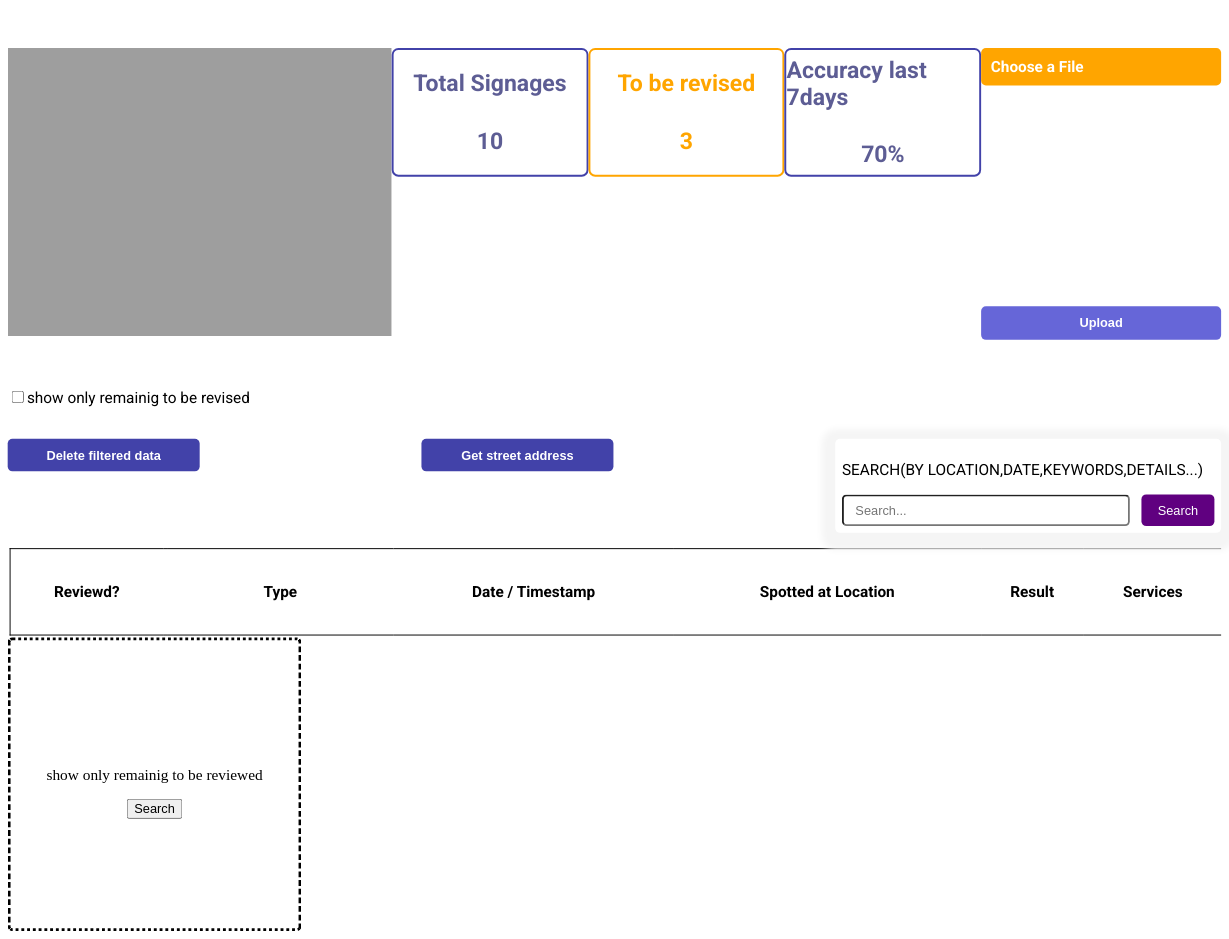
Repository: kalyani179/Kalyani.Builder
Page: /
An editor plug-in stored every save of this project. The page is shown before and after a run of saves, followed by the edit.
The browser window is 1280 px wide. The pictures show the whole page, at 96% of full size.
Pictures or frames that could not be fetched are drawn as grey boxes. The page's requests for data from a server got no answer. Some web fonts or font styles are not loaded; a fallback is used. The project was rebuilt for these pictures with package versions that can differ from the ones it lists, and the page was loaded fresh each time. No one was signed in, and anything a server would have sent is missing.

Above is the page before, as saved 2024-01-10 13:50:53.

### src/App.js

import {BrowserRouter,Routes,Route} from "react-router-dom";
import Home from "./components/Home";

function App() {
  return (
    <div>
      <BrowserRouter>
        <Routes>
          <Route path="/" element={<Home/>} />

        </Routes>
      </BrowserRouter>
    </div>
  );
}

export default App;

### src/components/Home.js
import React, { useState, useEffect } from "react";
import "./Home.css";
import {useNavigate} from "react-router-dom";
import { ColorRing } from "react-loader-spinner";
import toast, { Toaster } from "react-hot-toast";
import axios from "axios";
import { AiFillDelete } from "react-icons/ai";
// import { FaEdit } from "react-icons/fa";
const Home = () => {


  const navigate = useNavigate();
  const [results, setResults] = useState([]);

  const [editData, setEditData] = useState(false);
  const [selectedData, setSelectedData] = useState("");

  const [Result, setResult] = useState("");
  const [Services, setServices] = useState("");
  const [Type, setType] = useState("");
  const [imageUrl, setImageUrl] = useState("");


  const [image, setImage] = useState(null);
  // const [video, setVideo] = useState(null);
  const [loading, setLoading] = useState(false);

  const uploadFile = async (type) => {
    const data = new FormData();
    data.append("file", image);
    data.append("upload_preset", type === "image" ? "images" : "videos");
    try {
      let cloudName = "dscmtg4tx";
      let resourceType = type === "image" ? "image" : "video";
      let api = `https://api.cloudinary.com/v1_1/${cloudName}/${resourceType}/upload`;

      const res = await axios.post(api, data);
      // console.log(res);
      const { secure_url } = res.data;
      // console.log(secure_url);
      return secure_url;
    } catch (error) {
      console.error(error);
    }
  };

  const handleSubmit = async (e) => {
    e.preventDefault();
    try {
      setLoading(true);
      //upload image
      const imageUrl = await uploadFile("image");

      //upload video
      // const videoUrl = await uploadFile("video");

      //sending backend api request
      await axios.post("http://localhost:5000/api/videos", { imageUrl });

      //reset states
      setImage(null);
      // setVideo(null);

      console.log("File uploaded successfully");

      setLoading(false);
      toast.success("uploaded successfully");
      navigate("/");
    } catch (error) {
      console.log(error);
    }
  };


  useEffect(() => {
    // Fetching data from the server
    axios
      .get("http://localhost:5000/api/videos")
      .then((response) => {
        setResults(response.data);
      })
      .catch((error) => {
        console.error("Error fetching data: ", error);
      });
  }, [results]);

  const formatDate = (timestamp) => {
    const options = {
      month: "long",
      day: "numeric",
      year: "numeric",
      hour: "numeric",
      minute: "numeric",
      hour12: true,
    };

    return new Date(timestamp).toLocaleDateString(undefined, options);
  };

  const deleteData = async (id) => {
    const response = await fetch(`http://localhost:5000/api/videos/${id}`, {
      method: "DELETE",
    });
    if (response.status === 200) {
      toast.success("Deleted Successfully");
    } else {
      toast.error("Something went wrong");
    }
  };

  const updateData = async (id) => {
    const response = await fetch(`http://localhost:5000/api/videos/${id}`, {
      method: "PUT",
      headers: {
        "Content-Type": "application/json",
      },
      body: JSON.stringify({ imageUrl, Services, Type, Result }),
    });

    if (response.status === 200) {
      toast.success("Data updated Successfully");
    } else {
      toast.error("Something went wrong");
    }
  };

  return (
    <>
      {/* toaster */}
      <Toaster position="top-center" reverseOrder={false} />
      {/* toaster */}

      <div className="input-file">
        <div>
          <img src="https://i.ibb.co/tmwqkpj/logo.png" alt="website-logo"/>
        </div>
        <div className="card1">
          <h1>Total Signages</h1>
          <h1>10</h1>
        </div>

        <div className="card2">
          <h1>To be revised</h1>
          <h1>3</h1>
        </div>

        <div className="card3">
          <h1>Accuracy last 7days</h1>
          <h1>70%</h1>
        </div>


        <form className="form" onSubmit={handleSubmit}>

         <div>
          <input
            type="file"
            id="fileInput"
            accept="image/*"
            onChange={(e) => setImage((prev) => e.target.files[0])}
          />
          <label for="fileInput" class="custom-file-label">
            Choose a File
          </label>
          </div>


          <div>
          <button className="upload-button" type="submit">
            Upload
          </button>
          </div>
          {loading && (
            <ColorRing
              visible={true}
              height="30"
              width="30"
              ariaLabel="color-ring-loading"
              wrapperStyle={{}}
              wrapperClass="color-ring-wrapper"
              colors={["#e15b64", "#f47e60", "#f8b26a", "#abbd81", "#849b87"]}
            />
          )}




        </form>



      </div>


    <div className="bg2">
     <div>
      <input id="checkbox" type="checkbox"/>
      <label htmlFor="checkbox">show only remainig to be revised</label>
     </div>

     <div className="flexDelete">
      <div>
        <button className="delete">Delete filtered data</button>
      </div>
      <div>
        <button className="getStarted">Get street address</button>
      </div>


      <div className="cardBg-white">
        <p>SEARCH(BY LOCATION,DATE,KEYWORDS,DETAILS...)</p>
      <div>
        <input className="searchBar" type="search" placeholder="Search..." id="search"/>
        <label htmlfor="search">
          <button className="search" type="button">Search</button>
        </label>
      </div>
      </div>
     </div>
     </div>





      <div className="table-data-container">
        <table className="tablestyle">
          <thead>
            <tr>
              <th>Reviewd?</th>
              <th></th>
              <th className="th1">Type</th>
              <th>Date / Timestamp</th>
              <th>Spotted at Location</th>
              <th>Result</th>
              <th>Services</th>
            </tr>
          </thead>
          <tbody>
            {results.map((result) => (
              <tr key={result.id}>
                <td>
                  <AiFillDelete
                    className="delete text-secondary"
                    style={{ cursor: "pointer", marginLeft: "8px" }}
                    onClick={() => deleteData(result._id)}
                  ></AiFillDelete>

                  {/* <FaEdit
                    onClick={() => {
                      setEditData((prevEditData)=> !prevEditData);
                      setSelectedData(result._id);
                    }}
                    className={`${
                      selectedData === result._id && editData
                        ? "text-red-400"
                        : "text-gray-400"
                    }
                  text-gray-400 hover:text-red-400 cursor-pointer
                  scale-110 transition-all`}
                    style={{ cursor: "pointer" }}
                  ></FaEdit> */}
                </td>

                <td>
                  <img
                    className="table-data-image"
                    src={result.imageUrl} // Assuming your API response has an imageUrl property
                    alt=""
                    contentEditable={editData}
                    onInput={(e) => setImageUrl(e.currentTarget.innerText)}
                  />
                </td>
                <td
                  contentEditable={editData}
                  onInput={(e) => setType(e.currentTarget.innerText)}
                >
                  {result.Type}
                </td>
                <td>{formatDate(result.createdAt)}</td>
                <td></td>
                <td
                  contentEditable={editData}
                  onInput={(e) => setServices(e.currentTarget.innerText)}
                >
                  {result.Result}
                </td>
                <td
                  contentEditable={editData}
                  onInput={(e) => setResult(e.currentTarget.innerText)}
                >
                  {result.Services}
                </td>

                {/* <button
                  className={`${
                    selectedData === result._id && editData ? "block" : "hidden"
                  }
                     bg-purple-400 hover:bg-purple-600
                     px-3 py-1 my-1 rounded-md font-bold text-white`}
                   onClick={() => {
                    updateData(result._id);
                    setEditData(false);

                   }}
                >
                  Save
                </button> */}
              </tr>
            ))}
          </tbody>
        </table>


        <div className="bottom-box">
          <div>
            <inpt type="checkbox"/>
            <p>show only remainig to be reviewed</p>
          </div>


          <div>
          <button type="button">Search</button>
          </div>

        </div>



      </div>
    </>
  );
};

export default Home;

### src/components/Home.css
@import url("https://fonts.googleapis.com/css2?family=Bree+Serif&family=Caveat:wght@400;700&family=Lobster&family=Monoton&family=Open+Sans:ital,wght@0,400;0,700;1,400;1,700&family=Playfair+Display+SC:ital,wght@0,400;0,700;1,700&family=Playfair+Display:ital,wght@0,400;0,700;1,700&family=Roboto:ital,wght@0,400;0,700;1,400;1,700&family=Source+Sans+Pro:ital,wght@0,400;0,700;1,700&family=Work+Sans:ital,wght@0,400;0,700;1,700&display=swap");

.tablestyle {
  padding: 0px;
  text-align: center;
  border-color: black;
  margin: 2px;
  font-family: "Roboto";
}

table {
  border-collapse: collapse;
  width: 100%;
}

tr {
  border: 1px solid #000;
  padding: 5px;
}

td {
  padding: 15px;
  margin: 5px;
}

.button {
  background-color: orange;
  margin-bottom: 6px;
  border: 0px;
  border-radius: 10px;
  color: white;
}

.button-edit {
  background-color: #600080;
  border: 0px;
  border-radius: 15px;
  color: white;
}

.button-yes {
  background-color: green;
  border: 0px;
  border-radius: 15px;
  color: white;
  margin-bottom: 6px;
}

.th1 {
  padding: 35px;
}

.table-data-image {
  width: 150px;
}

.tablestyle td {
  overflow: auto;
}

.table-data-container {
  max-width: 100%;
  overflow: hidden;
}

.input-file {
  display: flex;
  justify-content: space-between;

  margin-bottom: 50px;
  margin-top: 50px;
  font-family: Roboto;
}

input[type="file"] {
  display: none;
}

/* Style the custom button to resemble a file input */
.custom-file-input {
  display: inline-block;
  padding: 10px 15px;
  font-size: 16px;
  font-weight: bold;
  color: #fff;
  background-color: #3498db;
  border: 1px solid #2980b9;
  border-radius: 5px;
  cursor: pointer;
}

/* Style the label to give it a button appearance */
.custom-file-label {
  display: inline-block;
  padding:10px;
  font-size: 16px;
  font-weight: bold;
  color: #fff;
  background-color:orange;
  width:230px;
  border-radius: 5px;
  cursor: pointer;
}

/* Change label color when the file is selected */
input[type="file"]:focus + .custom-file-label {
  border-color: #2c3e50;
}

.upload-button{

    border: none;
    background-color:rgb(102, 102, 216);
    color: white;
    font-weight: bold;
    padding: 10px;
    cursor: pointer;
    width:250px;
    border-radius:5px;
}

/* start your css from here */

.form{
  display:flex;
  flex-direction: column;
  justify-content: space-between;
}

.card1{
  border:2px solid rgb(66, 66, 169);
  display: flex;
  flex-direction: column;
  justify-content: center;
  align-items: center;
  width:240px;
  height:130px;
  border-radius:7px;
  font-size:12px;
  color:rgb(93, 93, 148);
}
.card2{
  border:2px solid orange;
  display: flex;
  flex-direction: column;
  justify-content: center;
  align-items: center;
  width:240px;
  height:130px;
  border-radius:7px;
  font-size:12px;
  color:orange;
}
.card3{
  border:2px solid rgb(66, 66, 169);
  display: flex;
  flex-direction: column;
  justify-content: center;
  align-items: center;
  width:240px;
  height:130px;
  border-radius:7px;
  font-size:12px;
  color:rgb(93, 93, 148);
}

.file-input{
  width:300px;
}

.flexDelete{
  display: flex;
  justify-content: space-between;
  margin-top: 33px;

}

.delete{
  background-color:rgb(66, 66, 169);
  color:white;
  font-weight: 600;
  width:200px;
  height:34px;
  border-radius:5px;
  border:0px;
}
.getStarted{
  background-color:rgb(66, 66, 169);
  color:white;
  font-weight: 600;
  width:200px;
  height:34px;
  border-radius:5px;
  border:0px;

}

.search{
  background-color:#600080;
  width:76px;
  height:33px;
  color:#ffffff;
  text-align:center;
  border-radius:5px;
  border:0px;
}
.searchBar{
  width:300px;
  height:33px;
  padding-left:12px;
  margin-right: 12px;
  border-radius:5px;

}
.bg2{
  font-family: Roboto;
  margin-top:12px;
  margin-bottom: 14px;
}

.cardBg-white{
  box-shadow: 0px 4px 8px 14px whitesmoke;
  border-radius:5px;
  padding:7px;
}

.bottom-box{
  border-style: dotted dashed;

  border-radius:5px;
  display: flex;
  flex-direction: column;
  justify-content: center;
  align-items:center;
  width: 300px;
  height: 300px;
}

.bottom-search{
  display: flex;
  flex-direction: row;
  justify-content:flex-end;
}

Loaded but not shown: public/index.html (common file); src/index.js (common file)

After the next 2 saves:
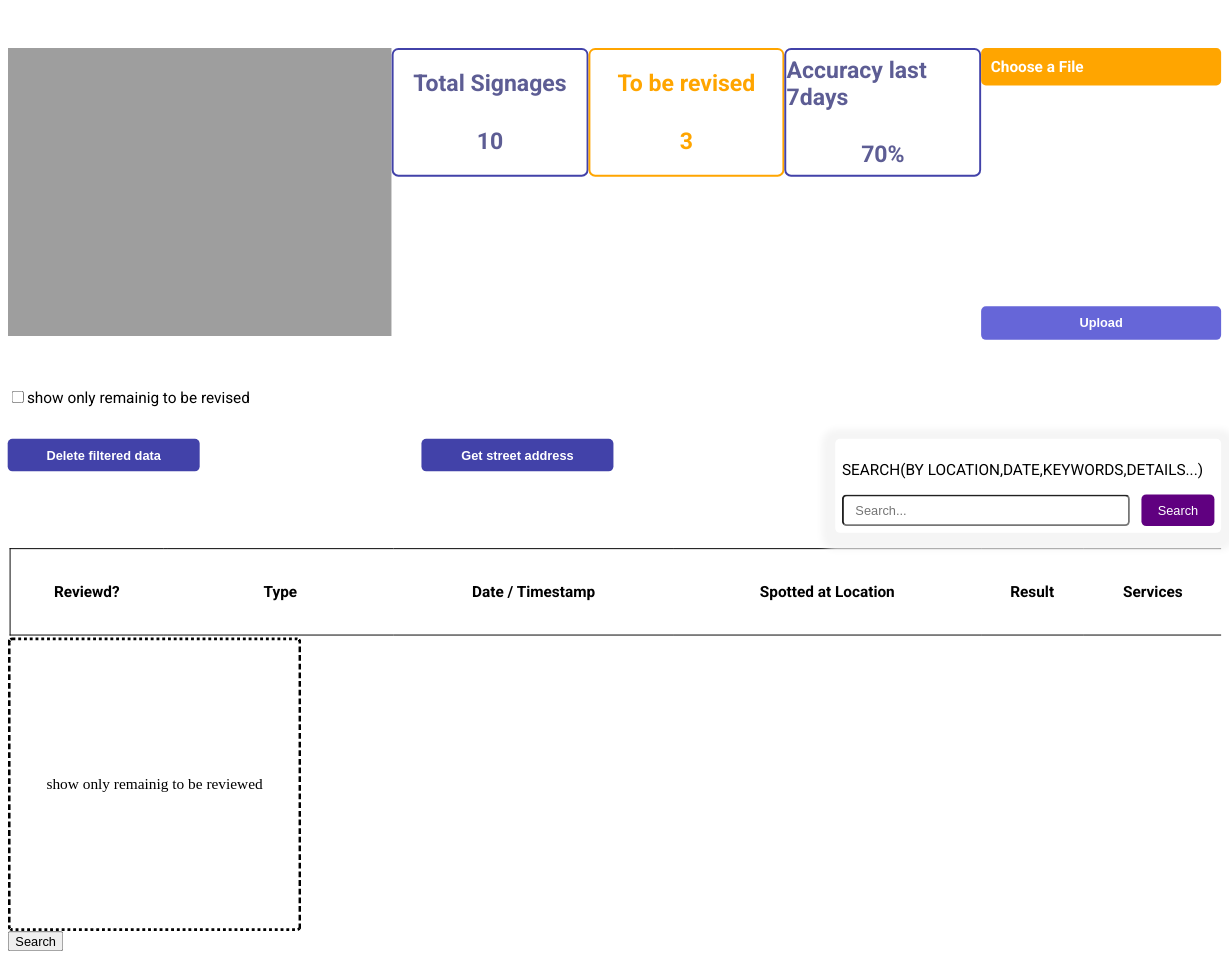
The 2 saves are shown as one change because they came seconds apart.
The last was saved 12 s later.
--- a/src/components/Home.js
+++ b/src/components/Home.js
@@ -319,11 +319,13 @@ const Home = () => {
           </div>
 
 
-          <div>
+
+        </div>
+
+
+        <div>
           <button type="button">Search</button>
           </div>
-
-        </div>
 
 
 
